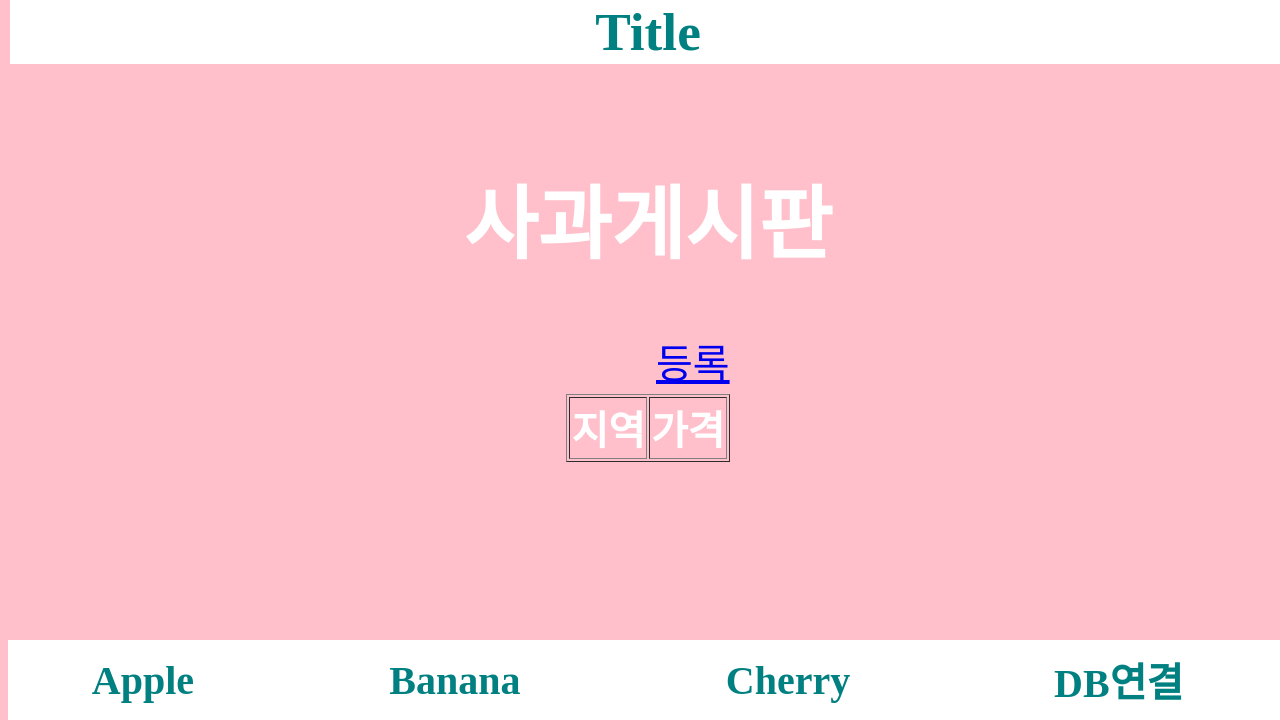
Repository: kmw7691/Soldesk
Page: http://localhost/Nov17_1_DSP_DB/AppleController
The author's editor kept a copy of each file at every save. The page is drawn from the files as they stood at one save, then again after the next save.
The browser window is 1280 px wide. The pictures show the whole page.
Some web fonts or font styles are not loaded; a fallback is used. The page is served by Tomcat 9. Other server files are loaded and not shown.

Above is the page before, as saved 2023-11-17 05:38:56.

### Nov17_1_DSP_DB/src/main/webapp/index.jsp
<%@ page language="java" contentType="text/html; charset=UTF-8"
    pageEncoding="UTF-8"%>
<!DOCTYPE html>
<html>
<head>
<meta charset="UTF-8">
<title>index.jsp</title>
<link rel="stylesheet" href="css/index.css">

</head>
<body>
	<table id="siteTitle">
		<tr><th id="siteTitleArea">
			<a href="HomeController">Title</a></th></tr>
		<tr>
			<td id="siteContentArea" align="center">
			<jsp:include page="${contentPage }" /></td>
		</tr>
	</table>
	<table id="siteMenuTbl">
		<tr>
			<td align="center"><a href="AppleController">Apple</a><td>
			<td align="center"><a href="#">Banana</a></td>
			<td align="center"><a href="#">Cherry</a></td>
			<td align="center"><a href="DBCController">DB연결</a></td>
		</tr>
	</table>
</body>
</html>

### Nov17_1_DSP_DB/src/main/webapp/apple/apple.jsp
<%@ page language="java" contentType="text/html; charset=UTF-8"
    pageEncoding="UTF-8"%>
<!DOCTYPE html>
<html>
<head>
<meta charset="UTF-8">
<title>Insert title here</title>
</head>
<body>
	<h1>사과게시판</h1>
	<table id="appleTbl">
		<tr>
			<td align="right">${r }<a href="#">등록</a></td></tr>
		<tr>
			<td align="center">
				<table id="appleContext" border="1"><!-- DB에 저장된 데이터나올 곳 -->
					<tr>
						<th>지역</th>
						<th>가격</th>
					</tr>
				</table>
			</td>
		</tr>
	</table>
</body>
</html>

### Nov17_1_DSP_DB/src/main/java/com/kwak/nov171/apple/AppleController.java
package com.kwak.nov171.apple;

import java.io.IOException;
import javax.servlet.ServletException;
import javax.servlet.annotation.WebServlet;
import javax.servlet.http.HttpServlet;
import javax.servlet.http.HttpServletRequest;
import javax.servlet.http.HttpServletResponse;

@WebServlet("/AppleController")
public class AppleController extends HttpServlet {

	protected void doGet(HttpServletRequest request, HttpServletResponse response) throws ServletException, IOException {
request.setAttribute("contentPage", "apple/apple.jsp");

		request.getRequestDispatcher("index.jsp").forward(request, response);
	}

	protected void doPost(HttpServletRequest request, HttpServletResponse response) throws ServletException, IOException {

	}

}

### Nov17_1_DSP_DB/src/main/webapp/css/index.css
@charset "UTF-8";

@font-face{
	font-family: "i";
	src: url("i.ttf");
}

body{
	background-color:pink;
	margin-top: 0px;
	font-family: "i";
}

#siteTitle{
	position:fixed;
	top:-2px;
	width:100%;
	margin-left:auto;
	margin-right:auto;
	height:80px;
}

#siteTitleArea{
	background-color: white;
	width:100%;
}

#siteTitleArea a{
	color:teal;
	font-size: 40pt;
	font-weight:900;
	text-decoration: none;
}

#siteContentArea {
	margin-left: auto;
	margin-right: auto;
	color:white;
	font-size:30pt;
	padding:40px;
	font-family:"i";
}

#siteMenuTbl{
	position:fixed;
	bottom:0px;
	width:100%;
	height:80px;
	background-color: white;
}

#siteMenuTbl a{
	color: teal;
	font-size: 30pt;
	font-weight: 900;
	text-decoration: none;
	margin-left: auto;
}

After the next save:
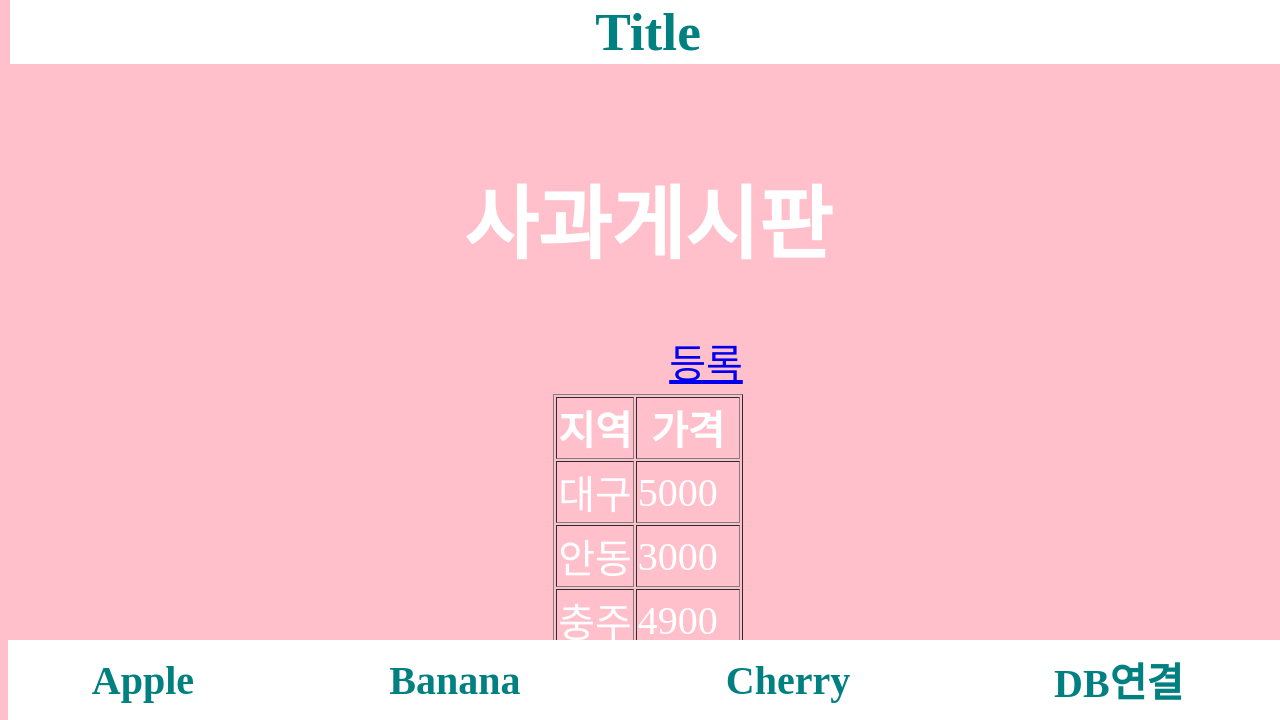
Saved 55 s later.
--- a/Nov17_1_DSP_DB/src/main/webapp/apple/apple.jsp
+++ b/Nov17_1_DSP_DB/src/main/webapp/apple/apple.jsp
@@ -18,6 +18,22 @@
 						<th>지역</th>
 						<th>가격</th>
 					</tr>
+					<tr>
+						<td>대구</td>
+						<td>5000</td>
+					</tr>
+					<tr>
+						<td>안동</td>
+						<td>3000</td>
+					</tr>
+					<tr>
+						<td>충주</td>
+						<td>4900</td>
+					</tr>
+					<tr>
+						<td>LA</td>
+						<td>12000</td>
+					</tr>
 				</table>
 			</td>
 		</tr>
